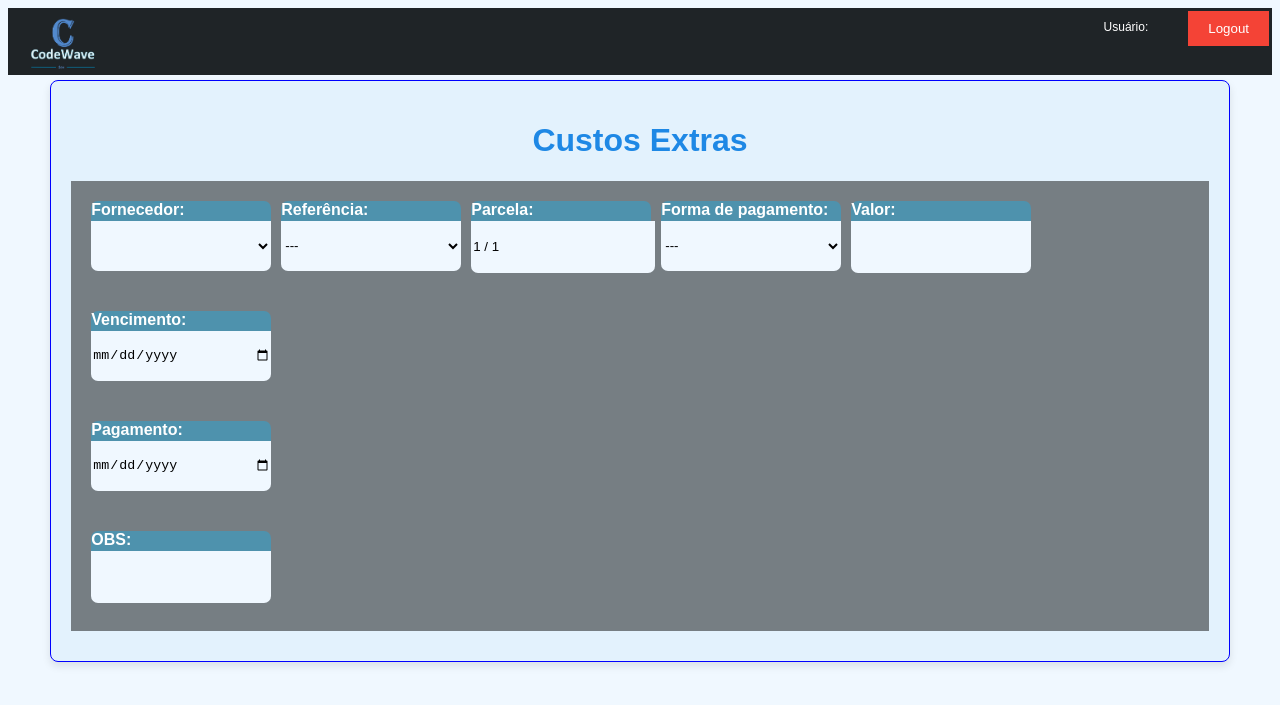
Repository: Romario-Brandao/CodeWave
Page: myproject/loja/templates/outras_despesas.html
These files come from the project's save history. The page is drawn as it stood at one moment and after the next save; the edit follows.
The browser window is 1280 px wide. The pictures show the whole page.
The template is drawn by Django 5.2. The application's start-up code is not run. The template is opened directly, without the code that normally fills it, so the values that code supplies are empty.

Above is the page before, as saved 2025-03-01 01:20:13.

After the next save:
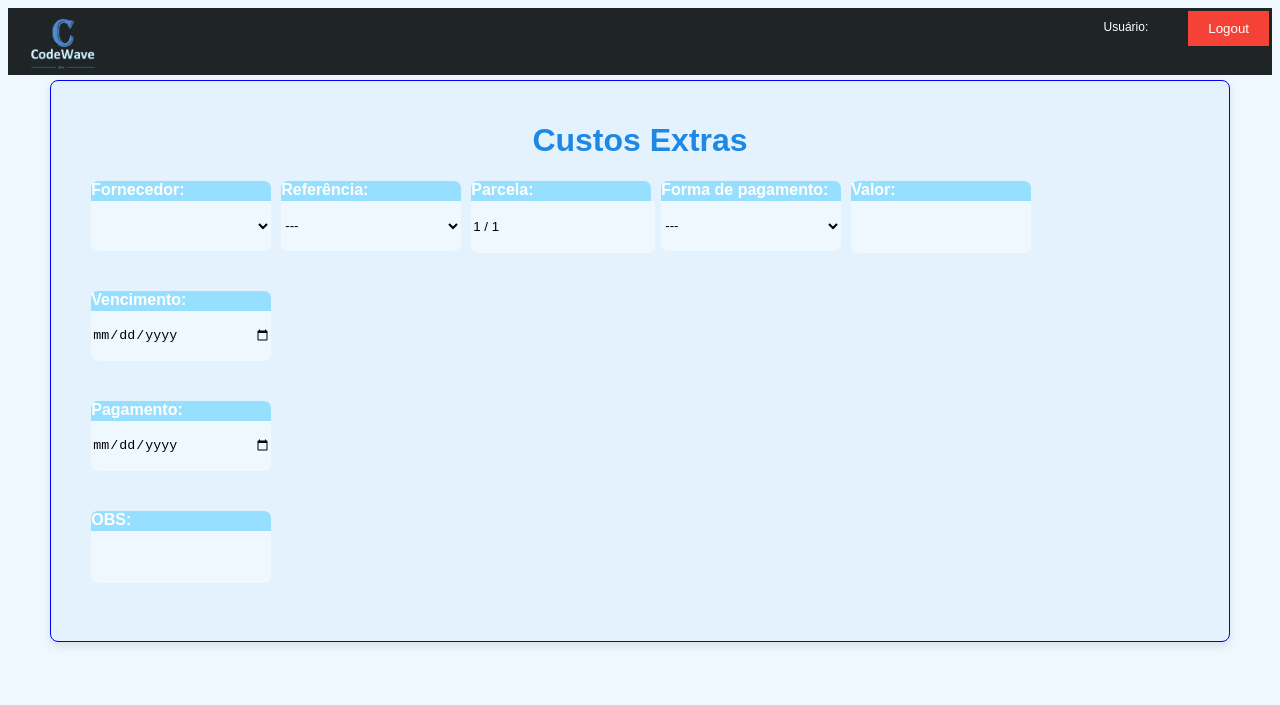
Saved 6 s later.
--- a/myproject/loja/templates/outras_despesas.html
+++ b/myproject/loja/templates/outras_despesas.html
@@ -2,7 +2,7 @@
 
 <div class="form_fornecedor" style="width: 90%;">
   <h1>Custos Extras</h1>
-  <div class="div_pai_custos_extras">
+  <div class="">
     <div style="display: flex;">
       <div class="caixas_barra_pesquisa_total">
         <h4 class="nome_caixa_item_parcelas">Fornecedor:</h4>

After the save that followed:
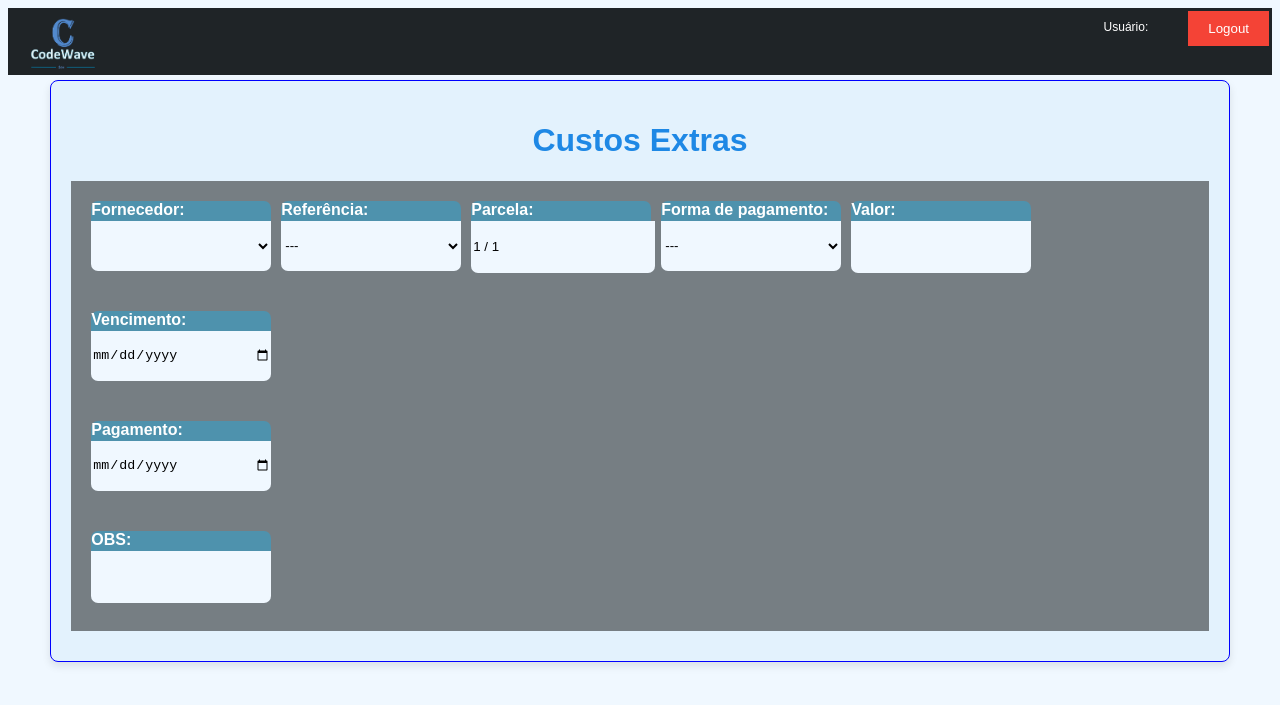
Saved 7 s later.
--- a/myproject/loja/templates/outras_despesas.html
+++ b/myproject/loja/templates/outras_despesas.html
@@ -2,7 +2,7 @@
 
 <div class="form_fornecedor" style="width: 90%;">
   <h1>Custos Extras</h1>
-  <div class="">
+  <div class="div_pai_custos_extras">
     <div style="display: flex;">
       <div class="caixas_barra_pesquisa_total">
         <h4 class="nome_caixa_item_parcelas">Fornecedor:</h4>
